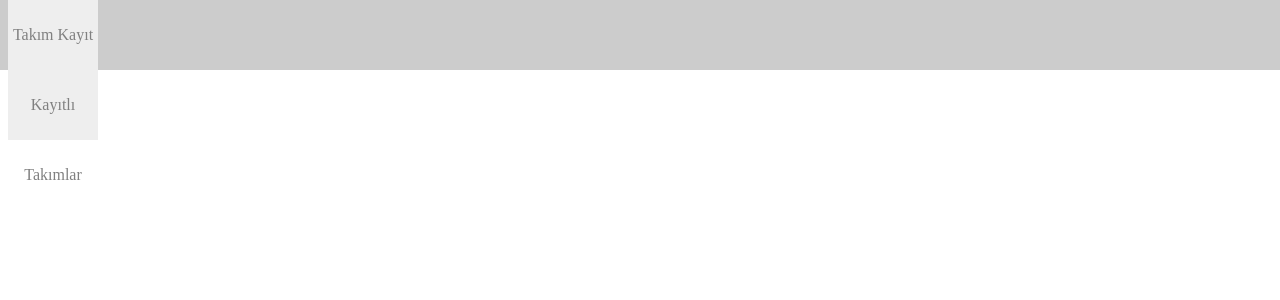
Repository: oktembaris77/internet_final
Page: http://localhost/internetfinal/
An editor plug-in stored every save of this project. The page is shown before and after the next save, followed by the edit.
The browser window is 1280 px wide. The pictures show the whole page.
The page is served by Tomcat 9. Other server files are loaded and not shown.

Above is the page before, as saved 2020-05-11 19:20:33.

### internetfinal/WebContent/index.jsp
<%@ page language="java" contentType="text/html; charset=UTF-8"
    pageEncoding="UTF-8"%>
<!DOCTYPE html>
<html>
<head>
<meta charset="ISO-8859-1">
<title>Takım Kayıt</title>
<meta charset="utf-8"/>
<style>
*{
	margin:0;padding:0;
}

#ustmenu{
width:100%;
height:70px;
background-color:#ccc;
}
a{
text-decoration:none;
color:gray;
}

#sayfabtn{
height:70px;
line-height:70px;
width:90px;
background-color:#eee;
color:white;
text-align:center;
margin-left:8px;
text-decoration:none;
}

#sayfabtn:hover{
transition:0.2s;
background-color:#ccc;
color:gray;

}

</style>
</head>
<body>
	<div id="ustmenu">
		<div id="sayfabtn">
			<a href = "google.com">Takım Kayıt</a>
		</div>
		<div id="sayfabtn">
			<a href = "google.com">Kayıtlı Takımlar</a>
		</div>


	</div>
</body>
</html>

After the next save:
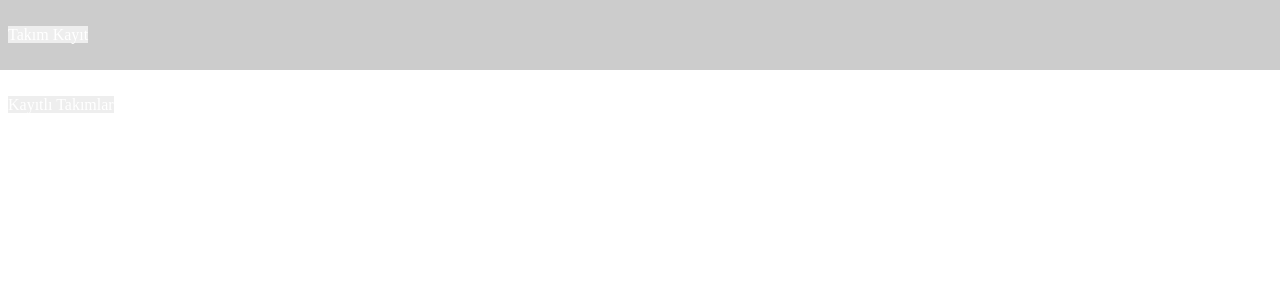
Saved 38 s later.
--- a/internetfinal/WebContent/index.jsp
+++ b/internetfinal/WebContent/index.jsp
@@ -17,11 +17,6 @@ height:70px;
 background-color:#ccc;
 }
 a{
-text-decoration:none;
-color:gray;
-}
-
-#sayfabtn{
 height:70px;
 line-height:70px;
 width:90px;
@@ -30,6 +25,10 @@ color:white;
 text-align:center;
 margin-left:8px;
 text-decoration:none;
+}
+
+#sayfabtn{
+
 }
 
 #sayfabtn:hover{
